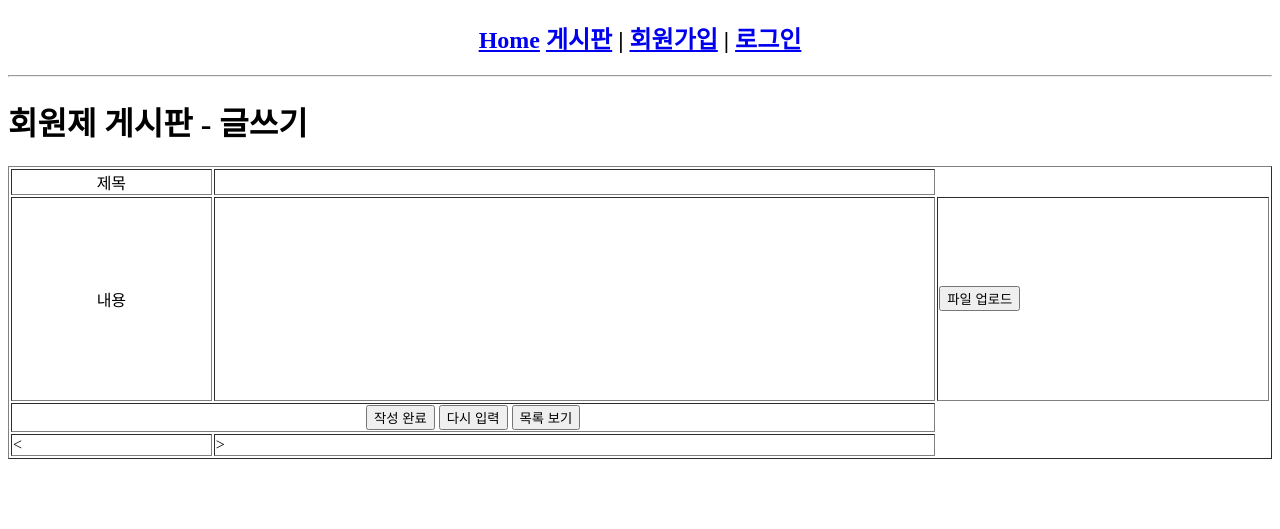
Repository: siucrystal/siuproject
Page: http://localhost/mini_project/write.jsp
These files come from the project's save history. The page is drawn as it stood at one moment and after the next save; the edit follows.
The browser window is 1280 px wide. The pictures show the whole page.
The page is served by Tomcat 9.

Above is the page before, as saved 2023-09-22 09:10:18.

After the next save:
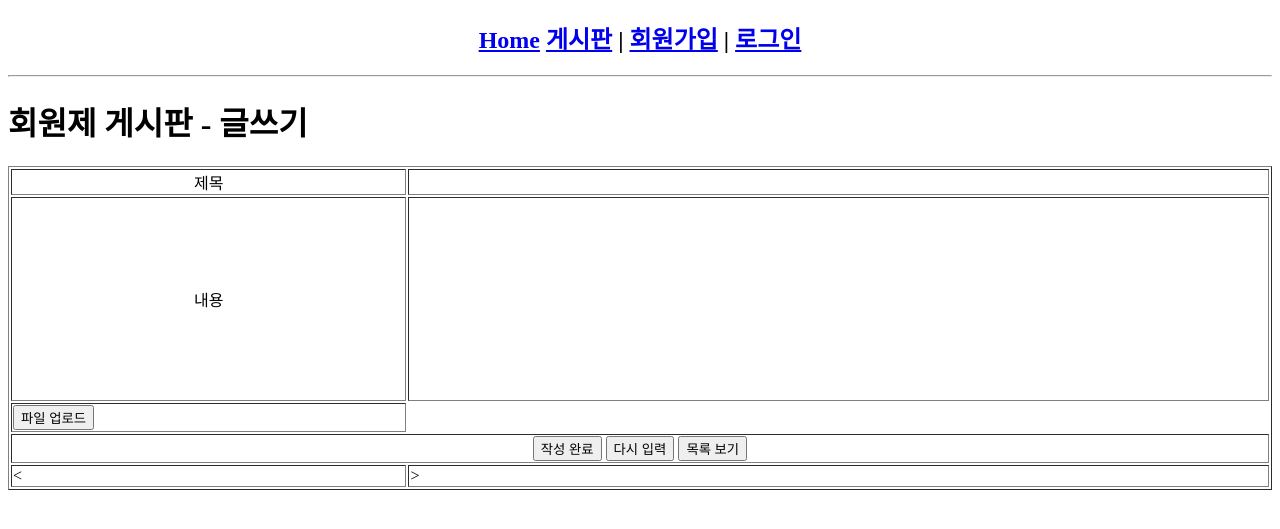
Saved 22 s later.
--- a/jspws/mini_project/src/main/webapp/write.jsp
+++ b/jspws/mini_project/src/main/webapp/write.jsp
@@ -68,8 +68,8 @@
                         <tr>
                             <td class="w_name">내용</td>
                             <td><input type="text" name="wContext" id="wContext"></td>
-                            <td><input type="button" value="파일 업로드" id="fileUp"></td>
                         </tr>
+                        <tr><td><input type="button" value="파일 업로드" id="fileUp"></td></tr>
                         <tr>
                             <td colspan="2" class="w_btn">
                                 <input type="hidden" name="category" value="일반" id="cateHidden">
